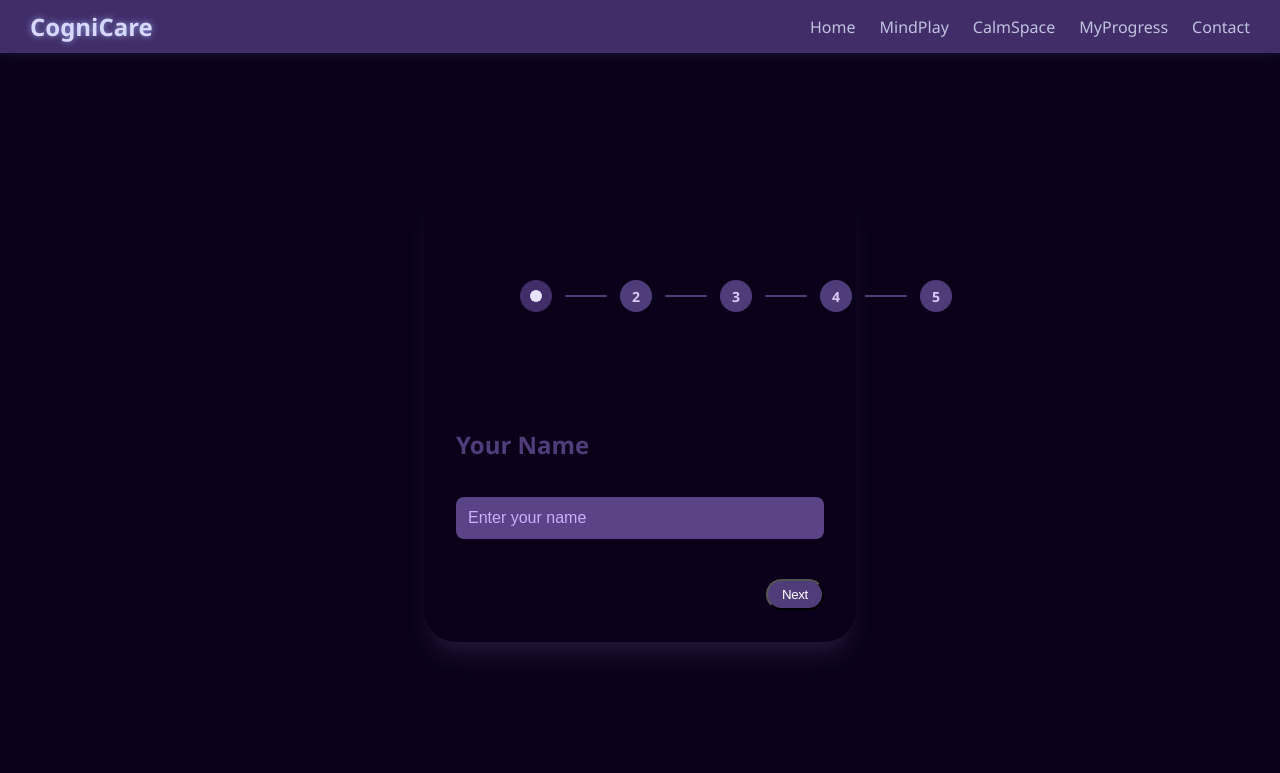
Repository: rujularaut/CogniCare
Page: /signup
The author's editor kept a copy of each file at every save. The page is drawn from the files as they stood at one save, then again after the next save.
The browser window is 1280 px wide. The pictures show the whole page.
The project was rebuilt for these pictures with package versions that can differ from the ones it lists, and the page was loaded fresh each time. Also part of the build but not shown: src/components/Welcome.css, src/components/Welcome.js, src/components/Particles.css, src/components/Particles.js, src/components/Meditation.css, src/components/Meditation.js, src/components/Signup.css, src/components/Signup.js and 2 more.

Above is the page before, as saved 2025-06-24 15:07:15.

### src/App.js
import React from 'react';
import { BrowserRouter as Router, Routes, Route } from 'react-router-dom';
import './App.css';
import Welcome from './components/Welcome';
import Meditation from './components/Meditation';
import Signup from './components/Signup'; // ✅ Confirm this file exists
import Login from './components/Login';
import SignupStepper from './components/SignupStepper';

function App() {
  return (
    <Router>
      <div className="App">
        <nav>
          <div className="logo">CogniCare</div>
          <ul>
            <li><a href="/">Home</a></li>
            <li><a href="#">MindPlay</a></li>
            <li><a href="#">CalmSpace</a></li>
            <li><a href="#">MyProgress</a></li>
            <li><a href="#">Contact</a></li>
          </ul>
        </nav>

        <Routes>
          <Route path="/" element={
            <>
              <header>
                <h1>Welcome to CogniCare</h1>
                <p>Your mental health companion</p>
              </header>
              <Welcome />
              <Meditation />
            </>
          } />
          <Route path="/signup" element={<SignupStepper />} />
          <Route path="/signup" element={<Signup />} />
          <Route path="/login" element={<Login />} />
        </Routes>
      </div>
    </Router>
  );
}

export default App;

### src/App.css
body {
  margin: 0;
  padding: 0;
  font-family: 'Segoe UI', sans-serif;
  background-color: #0a001a;
  color: #d6d8ff;
}

nav {
  background-color: #412e69;
  color: #d6d8ff;
  display: flex;
  justify-content: space-between;
  align-items: center;
  padding: 10px 30px;
  box-shadow: 0 0 15px #a9b0ff20;
}

.logo {
  font-size: 24px;
  font-weight: bold;
  color: #d6d8ff;
  text-shadow: 0 0 6px #8b92d7;
}

nav ul {
  list-style: none;
  display: flex;
  gap: 24px;
  margin: 0;
  padding: 0;
}

nav ul li a {
  text-decoration: none;
  color: #c0c2e0;
  font-weight: 500;
  transition: color 0.3s ease;
}

nav ul li a:hover {
  color: #f7c258;
  text-shadow: 0 0 6px #a9b0ff;
}

header {
  background-color: #513c7a;
  padding: 5px;
  text-align: center;
  border-bottom: 6px solid #25003e;
}

h1 {
  margin-bottom: 10px;
  font-size: 45px;
  color: #d6d8ff;
  text-shadow: 0 0 10px #6c72ac;
}

p {
  font-size: 17px;
  color: #d6d8ff;
}

### src/components/SignupStepper.js
import React, { useState } from 'react';
import Stepper, { Step } from './Stepper';
import './SignupStepper.css';

const SignupStepper = () => {
  const [formData, setFormData] = useState({
    name: '',
    age: '',
    email: '',
    password: '',
  });

  const handleChange = (e) => {
    setFormData((prev) => ({ ...prev, [e.target.name]: e.target.value }));
  };

  return (
    <div className="signup-container">
      <Stepper
        initialStep={1}
        onFinalStepCompleted={() => console.log('Form complete', formData)}
        nextButtonText="Next"
        backButtonText="Back"
      >
        <Step>
          <h2>Your Name</h2>
          <input
            name="name"
            type="text"
            placeholder="Enter your name"
            value={formData.name}
            onChange={handleChange}
            required
          />
        </Step>
        <Step>
          <h2>Your Age</h2>
          <input
            name="age"
            type="number"
            placeholder="Enter your age"
            value={formData.age}
            onChange={handleChange}
            required
          />
        </Step>
        <Step>
          <h2>Email ID</h2>
          <input
            name="email"
            type="email"
            placeholder="Enter your email"
            value={formData.email}
            onChange={handleChange}
            required
          />
        </Step>
        <Step>
          <h2>Create Password</h2>
          <input
            name="password"
            type="password"
            placeholder="Create password"
            value={formData.password}
            onChange={handleChange}
            required
          />
        </Step>
        <Step>
          <h2>All Set!</h2>
          <p>Welcome, {formData.name} 🎉</p>
          <p>Already have an account? <a href="/login">Login here</a></p>
        </Step>
      </Stepper>
    </div>
  );
};

export default SignupStepper;

### src/components/Stepper.jsx
import React, { useState, Children, useRef, useLayoutEffect } from "react";
import { motion, AnimatePresence } from "framer-motion";

import "./Stepper.css";

export default function Stepper({
  children,
  initialStep = 1,
  onStepChange = () => { },
  onFinalStepCompleted = () => { },
  stepCircleContainerClassName = "",
  stepContainerClassName = "",
  contentClassName = "",
  footerClassName = "",
  backButtonProps = {},
  nextButtonProps = {},
  backButtonText = "Back",
  nextButtonText = "Continue",
  disableStepIndicators = false,
  renderStepIndicator,
  ...rest
}) {
  const [currentStep, setCurrentStep] = useState(initialStep);
  const [direction, setDirection] = useState(0);
  const stepsArray = Children.toArray(children);
  const totalSteps = stepsArray.length;
  const isCompleted = currentStep > totalSteps;
  const isLastStep = currentStep === totalSteps;

  const updateStep = (newStep) => {
    setCurrentStep(newStep);
    if (newStep > totalSteps) {
      onFinalStepCompleted();
    } else {
      onStepChange(newStep);
    }
  };

  const handleBack = () => {
    if (currentStep > 1) {
      setDirection(-1);
      updateStep(currentStep - 1);
    }
  };

  const handleNext = () => {
    if (!isLastStep) {
      setDirection(1);
      updateStep(currentStep + 1);
    }
  };

  const handleComplete = () => {
    setDirection(1);
    updateStep(totalSteps + 1);
  };

  return (
    <div className="outer-container" {...rest}>
      <div className={`step-circle-container ${stepCircleContainerClassName}`}>
        <div className={`step-indicator-row ${stepContainerClassName}`}>
          {stepsArray.map((_, index) => {
            const stepNumber = index + 1;
            const isNotLastStep = index < totalSteps - 1;
            return (
              <React.Fragment key={stepNumber}>
                {renderStepIndicator ? (
                  renderStepIndicator({
                    step: stepNumber,
                    currentStep,
                    onStepClick: (clicked) => {
                      setDirection(clicked > currentStep ? 1 : -1);
                      updateStep(clicked);
                    },
                  })
                ) : (
                  <StepIndicator
                    step={stepNumber}
                    disableStepIndicators={disableStepIndicators}
                    currentStep={currentStep}
                    onClickStep={(clicked) => {
                      setDirection(clicked > currentStep ? 1 : -1);
                      updateStep(clicked);
                    }}
                  />
                )}
                {isNotLastStep && (
                  <StepConnector isComplete={currentStep > stepNumber} />
                )}
              </React.Fragment>
            );
          })}
        </div>

        <StepContentWrapper
          isCompleted={isCompleted}
          currentStep={currentStep}
          direction={direction}
          className={`step-content-default ${contentClassName}`}
        >
          {stepsArray[currentStep - 1]}
        </StepContentWrapper>

        {!isCompleted && (
          <div className={`footer-container ${footerClassName}`}>
            <div className={`footer-nav ${currentStep !== 1 ? "spread" : "end"}`}>
              {currentStep !== 1 && (
                <button
                  onClick={handleBack}
                  className={`back-button ${currentStep === 1 ? "inactive" : ""}`}
                  {...backButtonProps}
                >
                  {backButtonText}
                </button>
              )}
              <button
                onClick={isLastStep ? handleComplete : handleNext}
                className="next-button"
                {...nextButtonProps}
              >
                {isLastStep ? "Complete" : nextButtonText}
              </button>
            </div>
          </div>
        )}
      </div>
    </div>
  );
}

function StepContentWrapper({ isCompleted, currentStep, direction, children, className }) {
  const [parentHeight, setParentHeight] = useState(0);

  return (
    <motion.div
      className={className}
      style={{ position: "relative", overflow: "hidden" }}
      animate={{ height: isCompleted ? 0 : parentHeight }}
      transition={{ type: "spring", duration: 0.4 }}
    >
      <AnimatePresence initial={false} mode="sync" custom={direction}>
        {!isCompleted && (
          <SlideTransition key={currentStep} direction={direction} onHeightReady={(h) => setParentHeight(h)}>
            {children}
          </SlideTransition>
        )}
      </AnimatePresence>
    </motion.div>
  );
}

function SlideTransition({ children, direction, onHeightReady }) {
  const containerRef = useRef(null);

  useLayoutEffect(() => {
    if (containerRef.current) onHeightReady(containerRef.current.offsetHeight);
  }, [children, onHeightReady]);

  return (
    <motion.div
      ref={containerRef}
      custom={direction}
      variants={stepVariants}
      initial="enter"
      animate="center"
      exit="exit"
      transition={{ duration: 0.4 }}
      style={{ position: "absolute", left: 0, right: 0, top: 0 }}
    >
      {children}
    </motion.div>
  );
}

const stepVariants = {
  enter: (dir) => ({
    x: dir >= 0 ? "-100%" : "100%",
    opacity: 0,
  }),
  center: {
    x: "0%",
    opacity: 1,
  },
  exit: (dir) => ({
    x: dir >= 0 ? "50%" : "-50%",
    opacity: 0,
  }),
};

export function Step({ children }) {
  return <div className="step-default">{children}</div>;
}

function StepIndicator({ step, currentStep, onClickStep, disableStepIndicators }) {
  const status = currentStep === step ? "active" : currentStep < step ? "inactive" : "complete";

  const handleClick = () => {
    if (step !== currentStep && !disableStepIndicators) onClickStep(step);
  };

  return (
    <motion.div onClick={handleClick} className="step-indicator" animate={status} initial={false}>
      <motion.div
        variants={{
          inactive: { scale: 1, backgroundColor: "#513c7a", color: "#d7cbf9" },
          active: { scale: 1, backgroundColor: "#412e69", color: "#d7cbf9" },
          complete: { scale: 1, backgroundColor: "#412e69", color: "#d7cbf9" },
        }}
        transition={{ duration: 0.3 }}
        className="step-indicator-inner"
      >
        {status === "complete" ? (
          <CheckIcon className="check-icon" />
        ) : status === "active" ? (
          <div className="active-dot" />
        ) : (
          <span className="step-number">{step}</span>
        )}
      </motion.div>
    </motion.div>
  );
}

function StepConnector({ isComplete }) {
  const lineVariants = {
    incomplete: { width: 0, backgroundColor: "transparent" },
    complete: { width: "100%", backgroundColor: "#5227FF" },
  };

  return (
    <div className="step-connector">
      <motion.div
        className="step-connector-inner"
        variants={lineVariants}
        initial={false}
        animate={isComplete ? "complete" : "incomplete"}
        transition={{ duration: 0.4 }}
      />
    </div>
  );
}

function CheckIcon(props) {
  return (
    <svg {...props} fill="none" stroke="currentColor" strokeWidth={2} viewBox="0 0 24 24">
      <motion.path
        initial={{ pathLength: 0 }}
        animate={{ pathLength: 1 }}
        transition={{ delay: 0.1, type: "tween", ease: "easeOut", duration: 0.3 }}
        strokeLinecap="round"
        strokeLinejoin="round"
        d="M5 13l4 4L19 7"
      />
    </svg>
  );
}

### src/components/SignupStepper.css
.signup-container {
background: linear-gradient(to bottom right,  #f8f1fd);
  color: #513c7a;
  min-height: 100vh;
  display: flex;
  justify-content: center;
  align-items: center;
}

input {
  width: 100%;
  padding: 12px;
  margin-top: 1em;
  border-radius: 8px;
  border: none;
  font-size: 16px;
  background-color: #5a4386;
  color: #d7cbf9;
}

input::placeholder {
  color: #cab0ff;
}

### src/components/Stepper.css
.outer-container {
  display: flex;
  min-height: 100%;
  flex: 1 1 0%;
  flex-direction: column;
  align-items: center;
  justify-content: center;
  padding: 1rem;
}

@media (min-width: 640px) {
  .outer-container {
    aspect-ratio: 4 / 3;
  }
}

@media (min-width: 768px) {
  .outer-container {
    aspect-ratio: 2 / 1;
  }
}

.step-circle-container {
  margin-left: auto;
  margin-right: auto;
  width: 100%;
  max-width: 27rem;
  border-radius: 2rem;
  box-shadow: 0 20px 25px -5px rgba(207, 178, 246, 0.1),
    0 10px 10px -5px rgba(193, 176, 247, 0.04);
}

.step-indicator-row {
  display: flex;
  width: 100%;
  align-items: center;
  padding: 6rem;
}

.step-content-default {
  position: relative;
  overflow: hidden;
}

.step-default {
  padding-left: 2rem;
  padding-right: 3.5rem;
}

.footer-container {
  padding-left: 2rem;
  padding-right: 2rem;
  padding-bottom: 2rem;
}

.footer-nav {
  margin-top: 2.5rem;
  display: flex;
}

.footer-nav.spread {
  justify-content: space-between;
}

.footer-nav.end {
  justify-content: flex-end;
}

.back-button {
  transition: all 350ms;
  border-radius: 9999px;
  padding: 0.25rem 0.5rem;
  color: #513c7a;
  cursor: pointer ;
}

.back-button:hover {
  color: #513c7a;
}

.back-button.inactive {
  pointer-events: none;
  opacity: 0.5;
  color: #513c7a;
}

.next-button {
  transition: all 350ms;
  display: flex;
  align-items: center;
  justify-content: center;
  border-radius: 9999px;
  background-color: #513c7a;
  color: #fff;
  font-weight: 500;
  letter-spacing: -0.025em;
  padding: 0.375rem 0.875rem;
  cursor: pointer;
}

.next-button:hover {
  background-color: #3c256a;
}

.next-button:active {
  background-color: #513c7a;
}

.step-indicator {
  position: relative;
  cursor: pointer;
  outline: none;
}

.step-indicator-inner {
  display: flex;
  height: 2rem;
  width: 2rem;
  align-items: center;
  justify-content: center;
  border-radius: 9999px;
  font-weight: 600;
}

.active-dot {
  height: 0.75rem;
  width: 0.75rem;
  border-radius: 9999px;
  background-color: #e8e2f9;
}

.step-number {
  font-size: 0.875rem;
}

.step-connector {
  position: relative;
  margin-left: 0.8rem;
  margin-right: 0.8rem;
  height: 0.125rem;
  flex: 1;
  overflow: hidden;
  border-radius: 0.25rem;
  background-color: #513c7a;
}

.step-connector-inner {
  position: absolute;
  left: 0;
  top: 0;
  height: 100%;
}

.check-icon {
  height: 1.5rem;
  width: 1.5rem;
  color: #e8e2f9;
}

Loaded but not shown: public/index.html (common file); src/index.js (common file); src/index.css (common file)

After the next save:
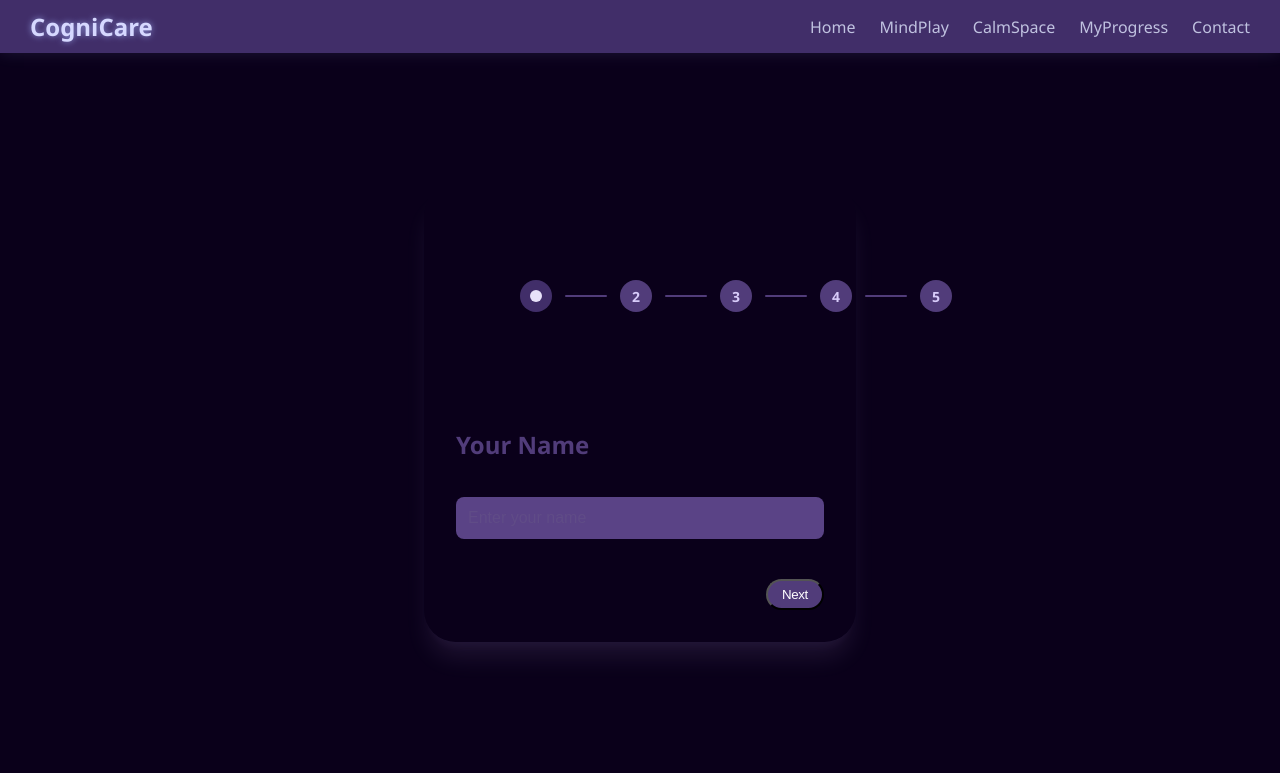
Saved 29 s later.
--- a/src/components/SignupStepper.css
+++ b/src/components/SignupStepper.css
@@ -19,5 +19,5 @@
 }
 
 input::placeholder {
-  color: #cab0ff;
+  color: #604c87;
 }

After the save that followed:
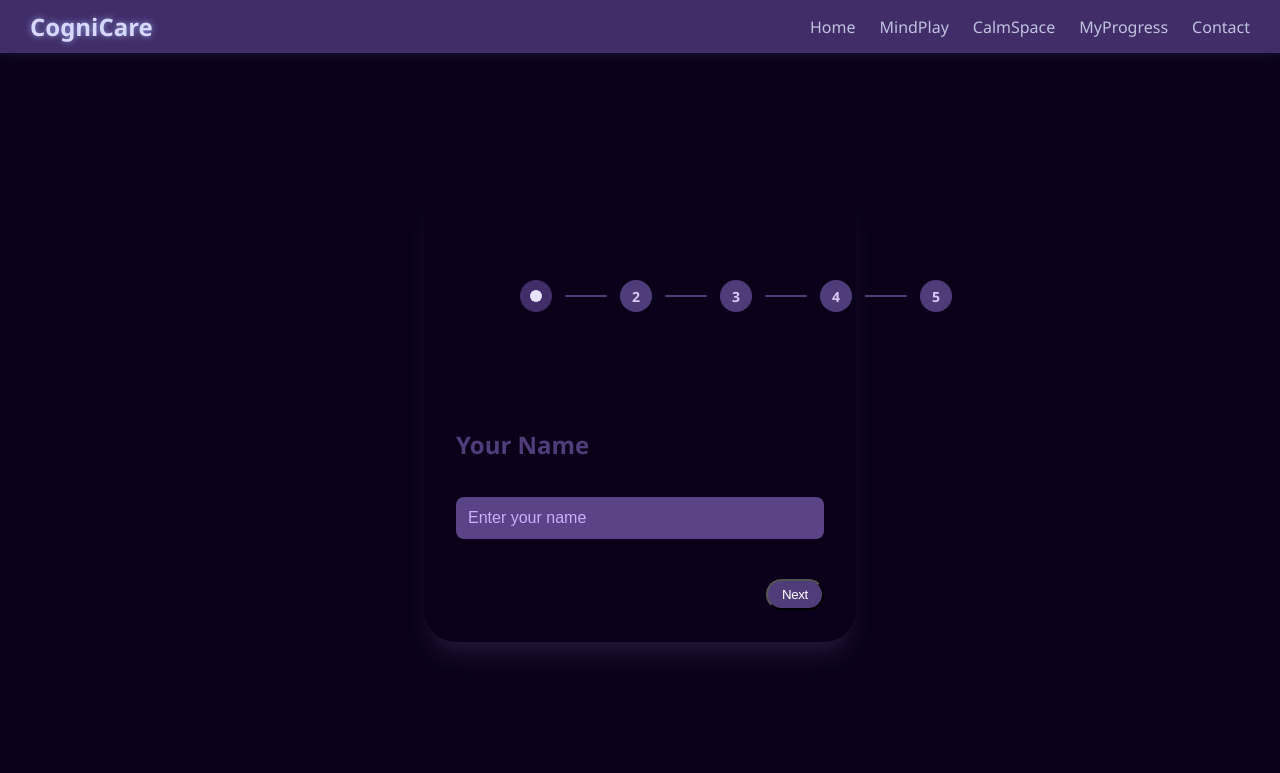
Saved 4 s later.
--- a/src/components/SignupStepper.css
+++ b/src/components/SignupStepper.css
@@ -19,5 +19,5 @@
 }
 
 input::placeholder {
-  color: #604c87;
+  color: #cab0ff;
 }
